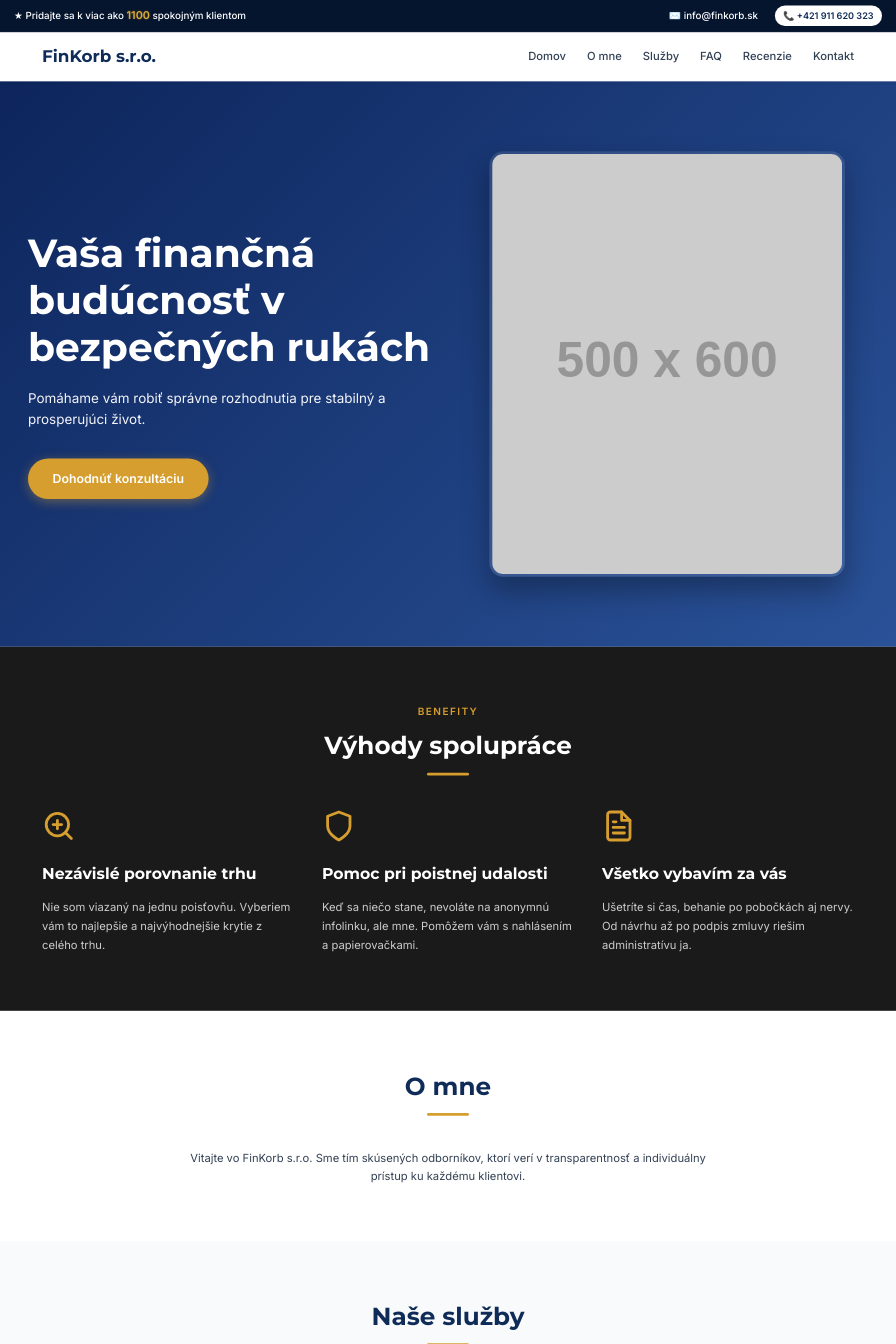
Repository: IvanK03/personal_web
Page: web/index.html
An editor plug-in stored every save of this project. The page is shown before and after the next save, followed by the edit.
The browser window is 1280 px wide. The pictures show the part of the page from y = 0 to 1920 px (the page is 3404 px tall before and 3802 px after), at 70% of full size.

Above is the page before, as saved 2026-02-22 12:21:51.

After the next save:
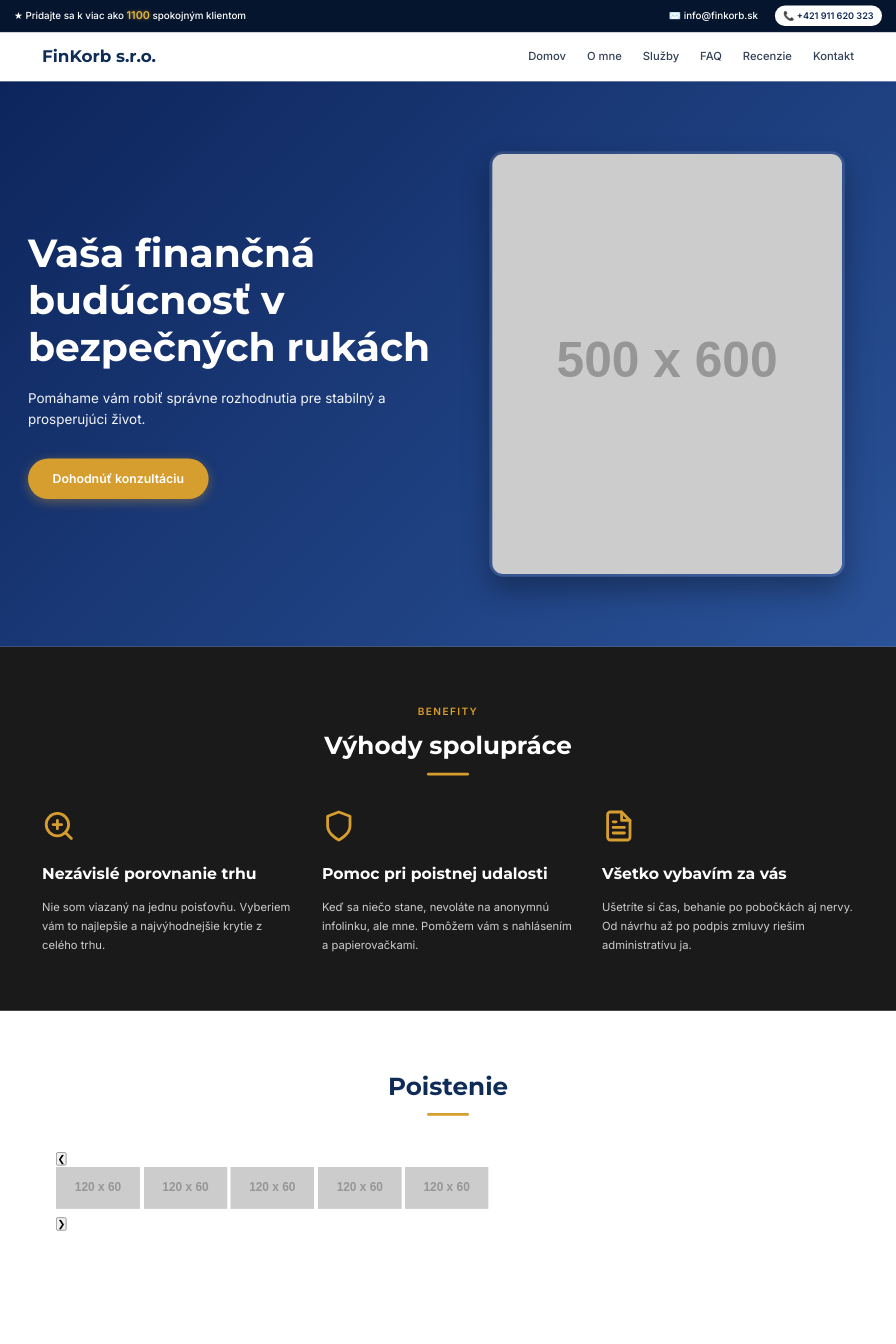
Saved 4 min 22 s later.
--- a/web/index.html
+++ b/web/index.html
@@ -87,6 +87,24 @@
             </div>
         </section>
 
+        <!-- Sekcia Partneri -->
+        <section id="partneri">
+            <div class="container partners-layout">
+                <h2 class="partners-title">Poistenie</h2>
+                <div class="partners-slider">
+                    <button class="slider-btn prev" aria-label="Predchádzajúce">&#10094;</button>
+                    <div class="partners-logos">
+                        <img src="https://placehold.co/120x60/png?text=UNIQA" alt="UNIQA">
+                        <img src="https://placehold.co/120x60/png?text=Generali" alt="Generali">
+                        <img src="https://placehold.co/120x60/png?text=NN" alt="NN">
+                        <img src="https://placehold.co/120x60/png?text=Allianz" alt="Allianz">
+                        <img src="https://placehold.co/120x60/png?text=Kooperativa" alt="Kooperativa">
+                    </div>
+                    <button class="slider-btn next" aria-label="Nasledujúce">&#10095;</button>
+                </div>
+            </div>
+        </section>
+
         <!-- Sekcia O mne -->
         <section id="o-mne">
             <h2>O mne</h2>
